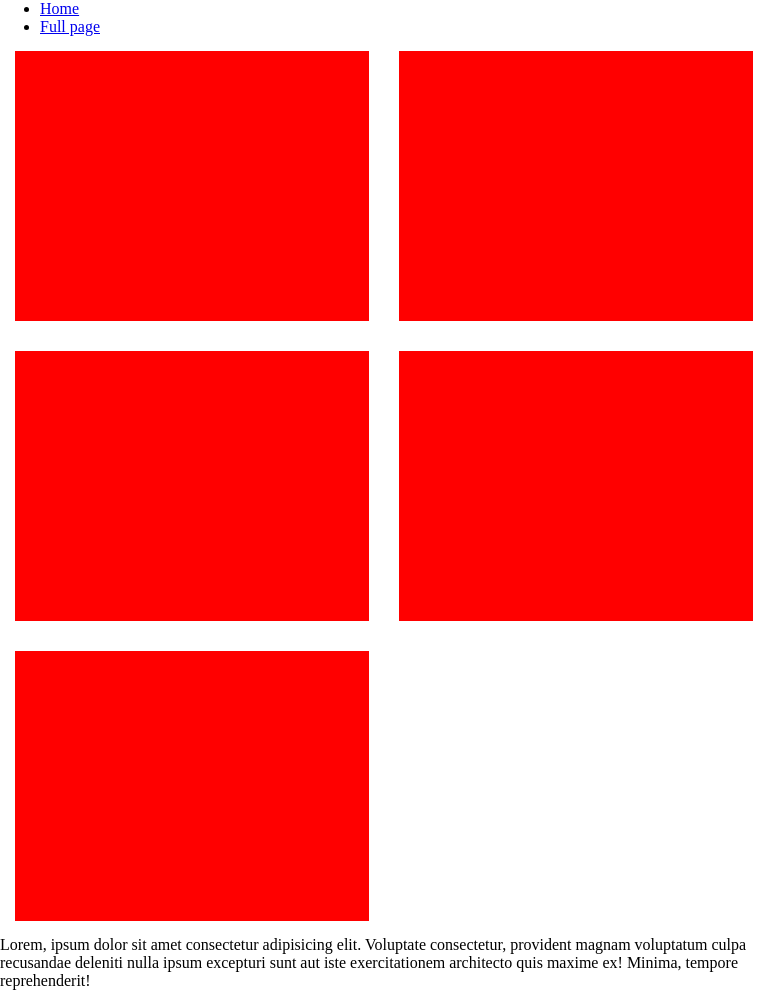
Repository: danilodscosta/CursoHTML
Page: aula1/aulascss.html
An editor plug-in stored every save of this project. The page is shown before and after the next save, followed by the edit.
The browser window is 768 px wide. The pictures show the whole page.

Above is the page before, as saved 2024-01-17 17:03:36.

After the next save:
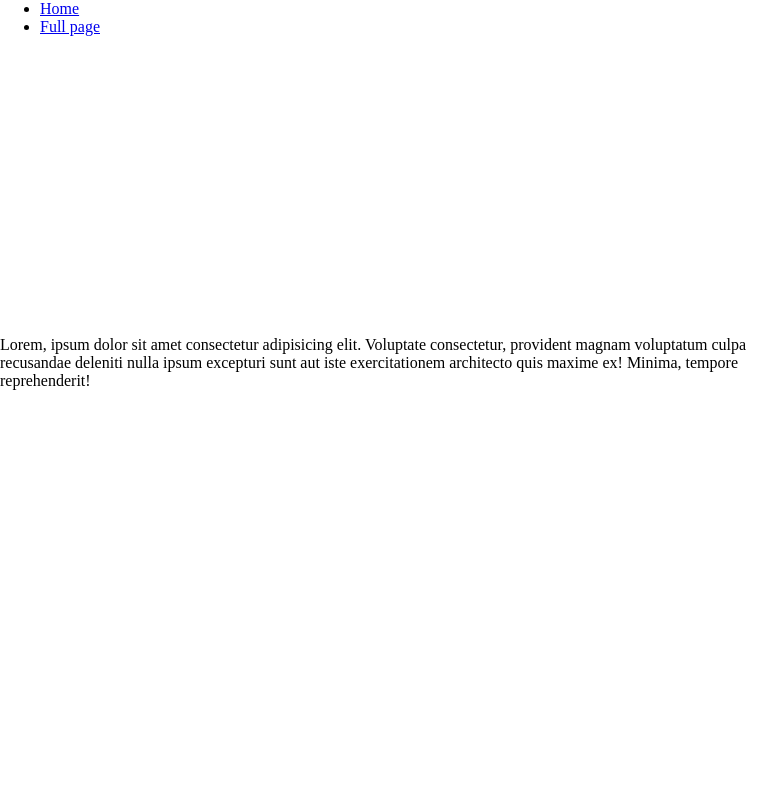
Saved 4 min 18 s later.
--- a/aula1/assets/css/aulasstyle.css
+++ b/aula1/assets/css/aulasstyle.css
@@ -31,7 +31,7 @@ ID Classes, atributos e pseudo-classes  Elementos e pseudo-elementos
     }
 }
 
-@media all and (min-width: 569px) {
+@media all and (min-width: 569px) (max-width: 768px) {
     .grid .col {
         width: 50%;
     }
